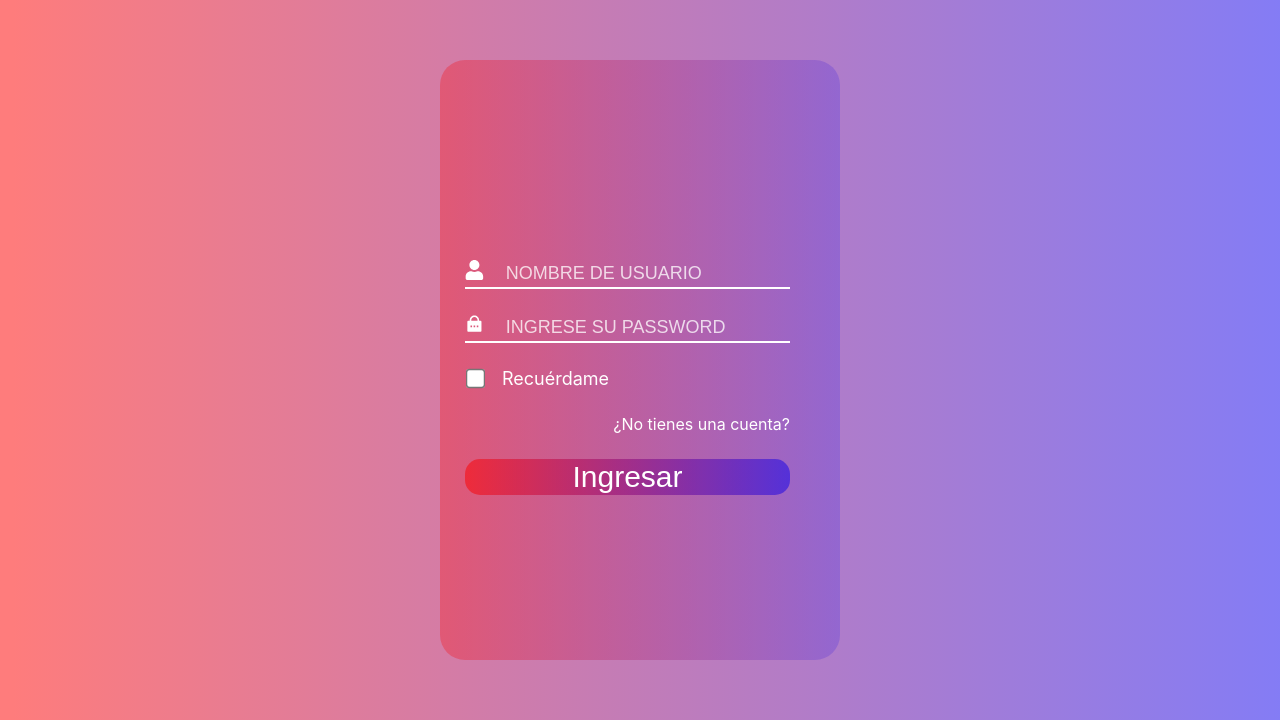
Repository: Davic1o/municipio
Page: /
The author's editor kept a copy of each file at every save. The page is drawn from the files as they stood at one save, then again after the next save.
The browser window is 1280 px wide. The pictures show the whole page.
The project was rebuilt for these pictures with package versions that can differ from the ones it lists, and the page was loaded fresh each time.

Above is the page before, as saved 2024-02-05 23:08:14.

### src/index.css
body {
  margin: 0;
  font-family: -apple-system, BlinkMacSystemFont, 'Segoe UI', 'Roboto', 'Oxygen',
    'Ubuntu', 'Cantarell', 'Fira Sans', 'Droid Sans', 'Helvetica Neue',
    sans-serif;
  -webkit-font-smoothing: antialiased;
  -moz-osx-font-smoothing: grayscale;
}

code {
  font-family: source-code-pro, Menlo, Monaco, Consolas, 'Courier New',
    monospace;
}
input{
  text-decoration: none;
  border: none;
}
button{
  background-color: transparent;
  text-decoration: none;
  border: none;
}

### src/App.jsx

import './App.css';
import LoginComponent from './pages/Login/Login';

function App() {
  return (
    <div className="App">
      <LoginComponent/>
    </div>
  );
}

export default App;

### src/pages/Login/Login.jsx
import React from 'react';
import { FaUser } from "react-icons/fa";
import { RiLockPasswordFill } from "react-icons/ri";
import './login.css';  // Asegúrate de tener un archivo de estilo CSS para tu componente

const Login = () => {
  return (
    <div className="login__container">
      <div className="login__recuadro">
        <div className="login__formulario">
          <div className="contenedor__nombre">

            <FaUser className='icon__nombre' />
            <input type="text" className="inp__nombre" placeholder='NOMBRE DE USUARIO'/>
          </div>
          <div className="contenedor__password">
          <RiLockPasswordFill className='icon__password' />
            <input type="password" className="inp__password" placeholder='INGRESE SU PASSWORD'/>
          </div>
          <div className="contenedor__recuerdame">
            <input type="checkbox" className="inp__recuerdame" />
            <label htmlFor="" className="lbl__recuerdame">Recuérdame</label>
          </div>
          <div className="contenedor__registrar">
            <label htmlFor="" className="lbl__registrar">¿No tienes una cuenta?</label>
          </div>
          <div className="contendor__ingresar">
            <button className="btn__ingresar">Ingresar</button>
          </div>
        </div>
      </div>
    </div>
  );
};

export default Login;

### src/pages/Login/login.css
.login__container {
    background: linear-gradient(to right, rgba(253, 0, 0, 0.514) 1%, rgba(16, 0, 235, 0.514));
    background-size: cover;
    height: 100vh;
    width: 100vw;
    box-sizing: border-box;
    display: flex;
    align-items: center;
    justify-content: center;
    z-index: 0;
}
.login__recuadro{
    width: 400px;
    height: 600px;
    border-radius: 25px;
    background: linear-gradient(to right, rgba(253, 0, 0, 0.288) 1%, rgba(16, 0, 235, 0.171));
}
.login__formulario{
    margin-top: 200px;
}
.contenedor__nombre, .contenedor__password{
    width: 325px;
    margin: 25px;
    display: flex;
    border-bottom: 2px solid white ;
}
.icon__nombre, .icon__password{
    margin-right: 20px;
    font-size: 20px;
    background-color: transparent;
    color: white;
}
.inp__nombre, .inp__password{

    background-color: transparent;
    width: 300px;
    height: 25px;
    font-size: 18px;
    color: white;
}
.inp__nombre::placeholder, .inp__password::placeholder{
    font-size: 18px;
color: rgba(255, 255, 255, 0.767);
}
.inp__nombre:focus, .inp__password:focus{
    outline: none;
    font-size: 18px;
    border: none;
    color: white;
}
.contenedor__recuerdame{
    width: 325px;
    margin: 25px;
    display: flex;
}
.inp__recuerdame{
    transform: scale(1.5);
    margin-right: 20px;
}
.lbl__recuerdame{
    font-size: 18px;
    color: white;
}
.contenedor__registrar{
    width: 325px;
    margin: 25px;
    display: flex;
    justify-content: right;
}
.lbl__registrar{
    color: white;
}
.lbl__registrar:hover{
    color: blue;
    cursor: pointer;
}
.contendor__ingresar{

    background: linear-gradient(to right, rgba(253, 0, 0, 0.514) 1%, rgba(16, 0, 235, 0.514));
    border-radius: 15px;
    width: 325px;
    margin: 25px;
    display: flex;
    justify-content: center;
}
.btn__ingresar{
    color: white;
    font-size: 30px;

}

Loaded but not shown: public/index.html (common file); src/index.js (common file); src/reportWebVitals.js (common file); src/App.css (common file)

After the next save:
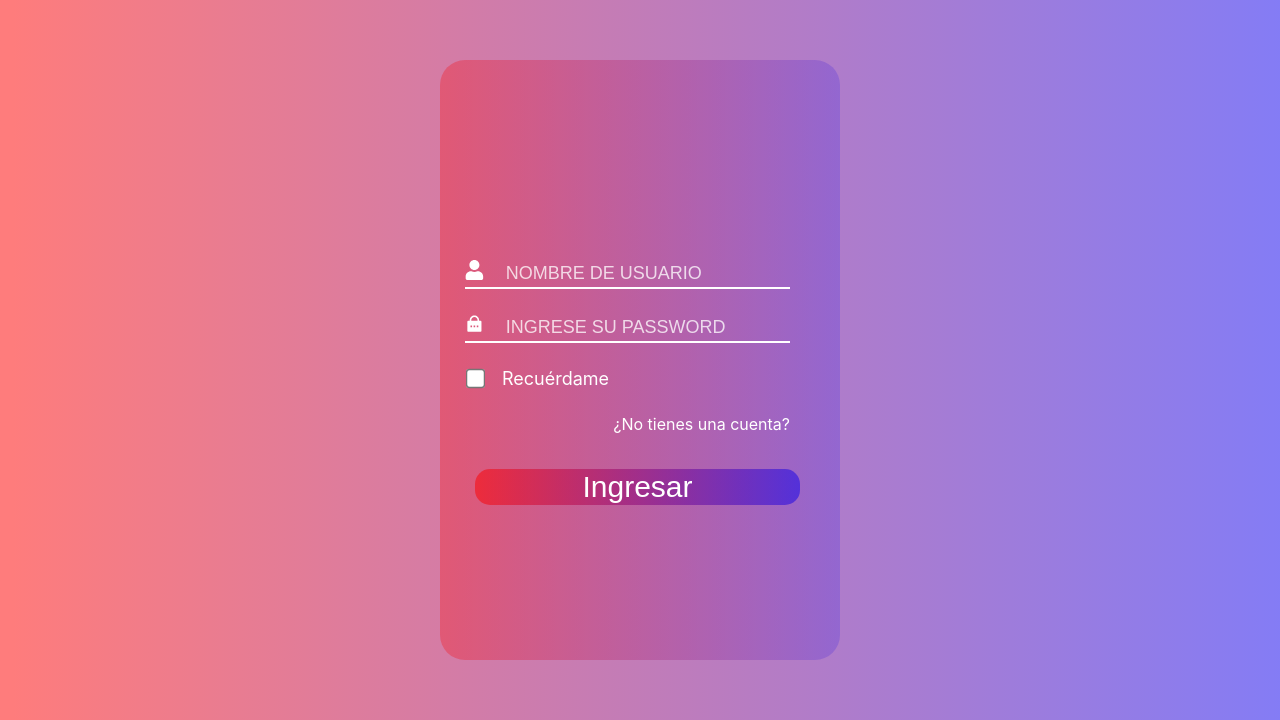
Saved 17 s later.
--- a/src/pages/Login/login.css
+++ b/src/pages/Login/login.css
@@ -79,7 +79,7 @@ color: rgba(255, 255, 255, 0.767);
     background: linear-gradient(to right, rgba(253, 0, 0, 0.514) 1%, rgba(16, 0, 235, 0.514));
     border-radius: 15px;
     width: 325px;
-    margin: 25px;
+    margin: 35px;
     display: flex;
     justify-content: center;
 }
